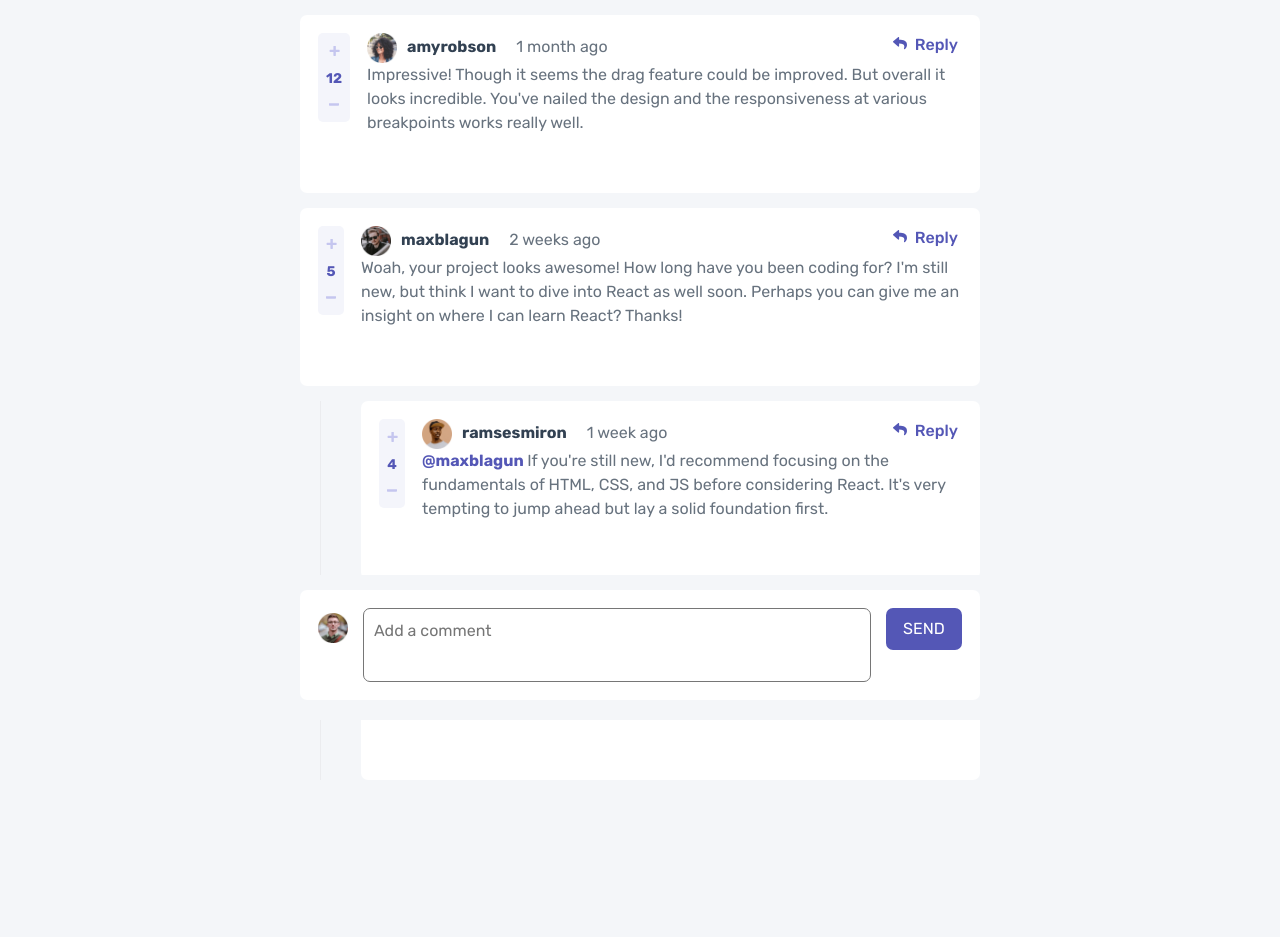
Repository: debaaah/interactive-comments-section-
Page: /
The author's editor kept a copy of each file at every save. The page is drawn from the files as they stood at one save, then again after the next save.
The browser window is 1280 px wide. The pictures show the whole page.
The project was rebuilt for these pictures with package versions that can differ from the ones it lists, and the page was loaded fresh each time.

Above is the page before, as saved 2022-04-29 01:08:08.

### public/index.html
<!DOCTYPE html>
<html lang="en">
  <head>
    <meta charset="utf-8" />
    <link rel="icon" href="%PUBLIC_URL%/favicon-32x32.png" />
    <link rel="stylesheet" href="https://cdn.jsdelivr.net/npm/bootstrap@4.6.1/dist/css/bootstrap.min.css" integrity="sha384-zCbKRCUGaJDkqS1kPbPd7TveP5iyJE0EjAuZQTgFLD2ylzuqKfdKlfG/eSrtxUkn" crossorigin="anonymous">
    <meta name="viewport" content="width=device-width, initial-scale=1" />
    <meta name="theme-color" content="#000000" />
    <meta
      name="description"
      content="Web site created using create-react-app"
    />
    <link rel="apple-touch-icon" href="%PUBLIC_URL%/logo192.png" />
    <!--
      manifest.json provides metadata used when your web app is installed on a
      user's mobile device or desktop. See https://developers.google.com/web/fundamentals/web-app-manifest/
    -->
    <link rel="manifest" href="%PUBLIC_URL%/manifest.json" />
    <!--
      Notice the use of %PUBLIC_URL% in the tags above.
      It will be replaced with the URL of the `public` folder during the build.
      Only files inside the `public` folder can be referenced from the HTML.

      Unlike "/favicon.ico" or "favicon.ico", "%PUBLIC_URL%/favicon.ico" will
      work correctly both with client-side routing and a non-root public URL.
      Learn how to configure a non-root public URL by running `npm run build`.
    -->
    <title>Comment Section</title>
  </head>
  <body>
    <noscript>You need to enable JavaScript to run this app.</noscript>
    <div id="root"></div>
    <!--
      This HTML file is a template.
      If you open it directly in the browser, you will see an empty page.

      You can add webfonts, meta tags, or analytics to this file.
      The build step will place the bundled scripts into the <body> tag.

      To begin the development, run `npm start` or `yarn start`.
      To create a production bundle, use `npm run build` or `yarn build`.
    -->
    <script src="https://cdn.jsdelivr.net/npm/jquery@3.5.1/dist/jquery.slim.min.js" integrity="sha384-DfXdz2htPH0lsSSs5nCTpuj/zy4C+OGpamoFVy38MVBnE+IbbVYUew+OrCXaRkfj" crossorigin="anonymous"></script>
    <script src="https://cdn.jsdelivr.net/npm/bootstrap@4.6.1/dist/js/bootstrap.bundle.min.js" integrity="sha384-fQybjgWLrvvRgtW6bFlB7jaZrFsaBXjsOMm/tB9LTS58ONXgqbR9W8oWht/amnpF" crossorigin="anonymous"></script>
  </body>
</html>

### src/App.js
import './App.css';
import Main from './components/main'

function App() {
  return (
    <div>
      <Main/>
    </div>
  );
}

export default App;

### src/components/sass/style.scss
@import url("https://fonts.googleapis.com/css2?family=Rubik:wght@400;500;700&display=swap");

$blue: hsl(238, 40%, 52%); //#5a5da6;
$blueish: hsl(239, 57%, 85%); //#c4c5ec;
$red: hsl(358, 79%, 66%); //#ED6368;
$reddish: hsl(357, 100%, 86%); //#f4bbc0;
$bg: #f4f6f9;
$Darkblue: hsl(212, 24%, 26%);
$GrayishBlue: hsl(211, 10%, 45%);
$Lightgray: hsl(223, 19%, 93%);
$Verylightgray: hsl(228, 33%, 97%);
$White: hsl(0, 0%, 100%);

body {
  background-color: $bg;
  font-family: "Rubik", sans-serif;
  color: $GrayishBlue;
}
.main {
  width: 90vw;
  max-width: 700px;
  margin: auto auto 157px;
}
.blueBold {
  color: $blue;
  font-weight: bold;
}
.comment-box {
  display: flex;
  background-color: white;
  padding: 18px;
  border-radius: 7px;
  margin: 15px 10px;
  height: max-content;
}
.reply-box {
  margin: 5px 0px 5px 30px;
  padding-left: 30px;
  border-left: 1px solid #ebecef;
}
.score-box {
  background-color: #f4f5fb;
  border-radius: 5px;
  padding: 2px 3px 3px;
  margin-right: 17px;
  div {
    padding: 3px 5px;
    text-align: center;
  }
  .score {
    font-size: 14px;
    color: $blue;
    font-weight: bold;
  }
  .plus,
  .minus {
    padding-right: 4px;
  }
  .minus {
    padding-top: 0;
  }
}
img {
  width: 30px;
}
[type="submit"] {
  background-color: $blue;
  width: 90px;
  height: 42px;
  border: 0;
  border-radius: 7px;
  color: white;
  text-transform: uppercase;
}
.displayed {
  display: flex;
}
.comment {
  font-size: 16px;
}
.comment .displayed {
  display: block;
}
.notDisplayed {
  display: none;
}
textarea:hover,
[type="submit"]:hover,
.plus:hover,
.minus:hover,
.edit,
.delete {
  cursor: pointer;
}
.plus:hover,
.minus:hover {
  path {
    fill: $blue;
  }
}
.content-box {
  width: 100%;

  .details {
    display: flex;
    justify-content: space-between;

    .commentator {
      .username {
        font-weight: bold;
        color: $Darkblue;
      }
      .username,
      .time {
        padding: 0 10px;
      }
      .blue {
        background-color: $blue;
        padding: 1px 5px;
        border-radius: 3px;
        color: white;
      }
    }
    .edit-area {
      display: flex;
      font-weight: 500;

      div {
        margin-left: 18px;
      }

      span {
        padding: 4px;
        text-transform: capitalize;
      }
      svg {
        position: relative;
        top: -2px;
      }
      .edit span:nth-child(2),
      .reply {
        color: $blue;
      }
      .delete {
        span:nth-child(2) {
          color: $red;
        }
        &:hover {
          span path {
            fill: $reddish;
          }
          span:nth-child(2) {
            color: $reddish;
          }
        }
      }
      .edit:hover,
      .reply:hover {
        span path {
          fill: $blueish;
        }
        span:nth-child(2) {
          color: $blueish;
        }
      }
    }
  }
}

.currentUser-form-box {
  position: fixed;
  bottom: 0px;
  padding-bottom: 5px;
  width: -webkit-fill-available;
  background-color: $bg;
  width: 90vw;
  max-width: 700px;
  margin: auto;
}
.currentUser-form {
  display: flex;
  max-height: 110px;
}
.currentUserReply-form,
.currentUser-form {
  background-color: white;
  padding: 18px;
  border-radius: 7px;
  margin: 15px 10px;
  justify-content: space-between;
  div {
    height: 0px;
  }
  span {
    position: relative;
    top: 5px;
  }
}

textarea {
  resize: none;
  padding: 10px;
  border-radius: 7px;
  width: -webkit-fill-available;

  &,
  input {
    margin: 0 15px;
  }
}

.comment {
  margin-top: 8px;
  overflow-wrap: anywhere;
  form {
    input {
      float: right;
    }

    textarea {
      margin-right: 0;
    }
  }
}

.modal {
  padding-right: 0 !important;

  .modal-content {
    padding: 10px;
  }
  .modal-dialog {
    min-width: 290px;
    top: 50%;
    left: 50%;
    -webkit-transform: translate(-50%, -50%) !important;
    transform: translate(-50%, -50%) !important;
    position: fixed;
  }

  .modal-footer {
    border-top: 0;
    justify-content: space-around;

    .btn {
      width: 150px;
      text-transform: uppercase;
      border-radius: 5px;
      height: auto;
    }
    [type="button"] {
      background-color: $blue;
    }
    [type="submit"] {
      background-color: $red;
    }
    .btn:hover,
    .btn {
      color: white;
    }
  }
}
@media screen and (max-width: 768px) {
  .main {
    margin-bottom: 191px;
  }
  .reply-box {
    margin: 0 0 0 10px;
    padding-left: 0px;
  }
  .score-box {
    width: max-content;
    margin-right: 0px;
    display: flex;

    div {
      padding: 5px 10px;
    }
    .plus {
      padding-top: 2px;
    }
    .minus {
      padding-top: 3px;
    }
  }
  .comment-box {
    position: relative;
  }
  .score-box-box {
    position: absolute;
    bottom: 10px;
  }
  .edit-area {
    position: absolute;
    right: 18px;
    bottom: 15px;
  }
  .displayed,
  .currentUser-form {
    display: block;
  }
  .currentUser-form {
    max-height: 150px;
  }
  .currentUserReply-form,
  .currentUser-form {
    position: relative;
    div {
      height: 43px;
    }
    span {
      position: static;
    }
    img {
      position: absolute;
      bottom: 15px;
    }
    textarea {
      margin: 0;
      height: 70px;
    }
    input {
      position: absolute;
      bottom: 10px;
      right: 18px;
    }
  }
  .modal {
    .modal-footer {
      .btn {
        font-size: 15px;
        width: auto;
      }
    }
  }
}

Loaded but not shown: src/index.js (common file); src/index.css (common file); src/reportWebVitals.js (common file); src/App.css (common file); src/components/data.json (common file); src/components/main.js (712 lines, source omitted)

After the next save:
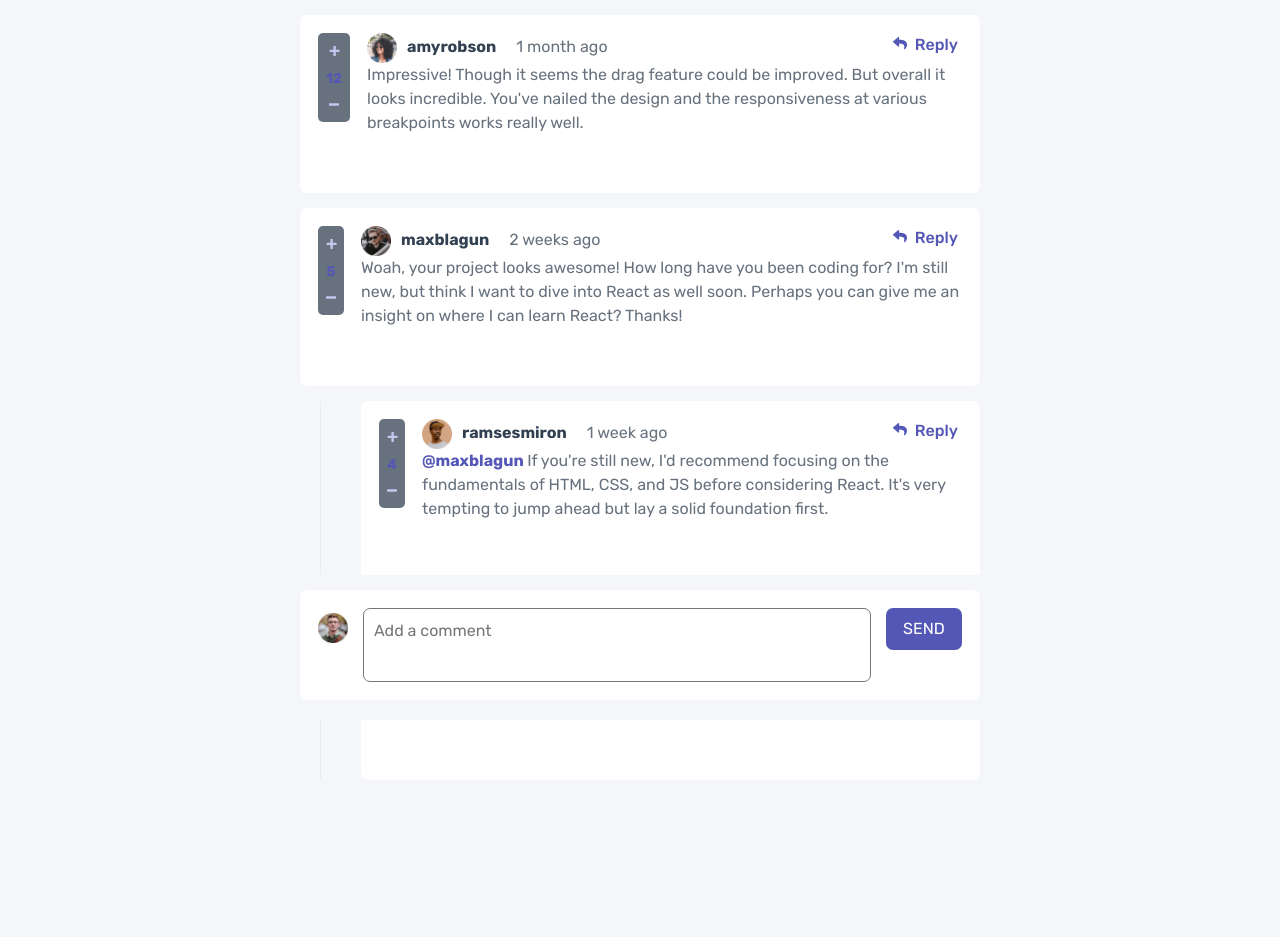
Saved 78 s later.
--- a/src/components/sass/style.scss
+++ b/src/components/sass/style.scss
@@ -39,7 +39,7 @@
   border-left: 1px solid #ebecef;
 }
 .score-box {
-  background-color: #f4f5fb;
+  background-color: $GrayishBlue;//#f4f5fb;
   border-radius: 5px;
   padding: 2px 3px 3px;
   margin-right: 17px;

After the save that followed:
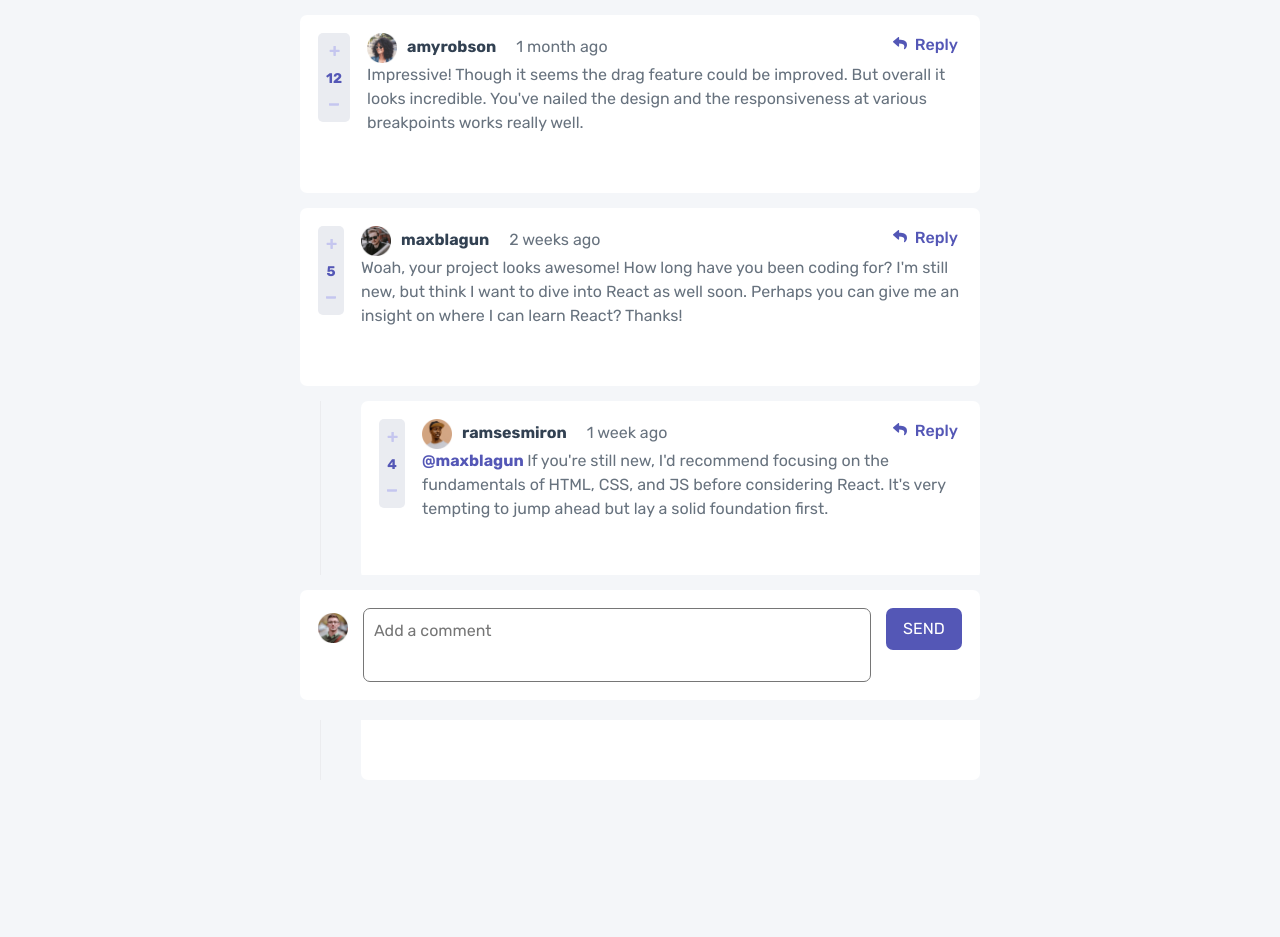
Saved 12 s later.
--- a/src/components/sass/style.scss
+++ b/src/components/sass/style.scss
@@ -39,7 +39,7 @@
   border-left: 1px solid #ebecef;
 }
 .score-box {
-  background-color: $GrayishBlue;//#f4f5fb;
+  background-color: $Lightgray;//#f4f5fb;
   border-radius: 5px;
   padding: 2px 3px 3px;
   margin-right: 17px;
